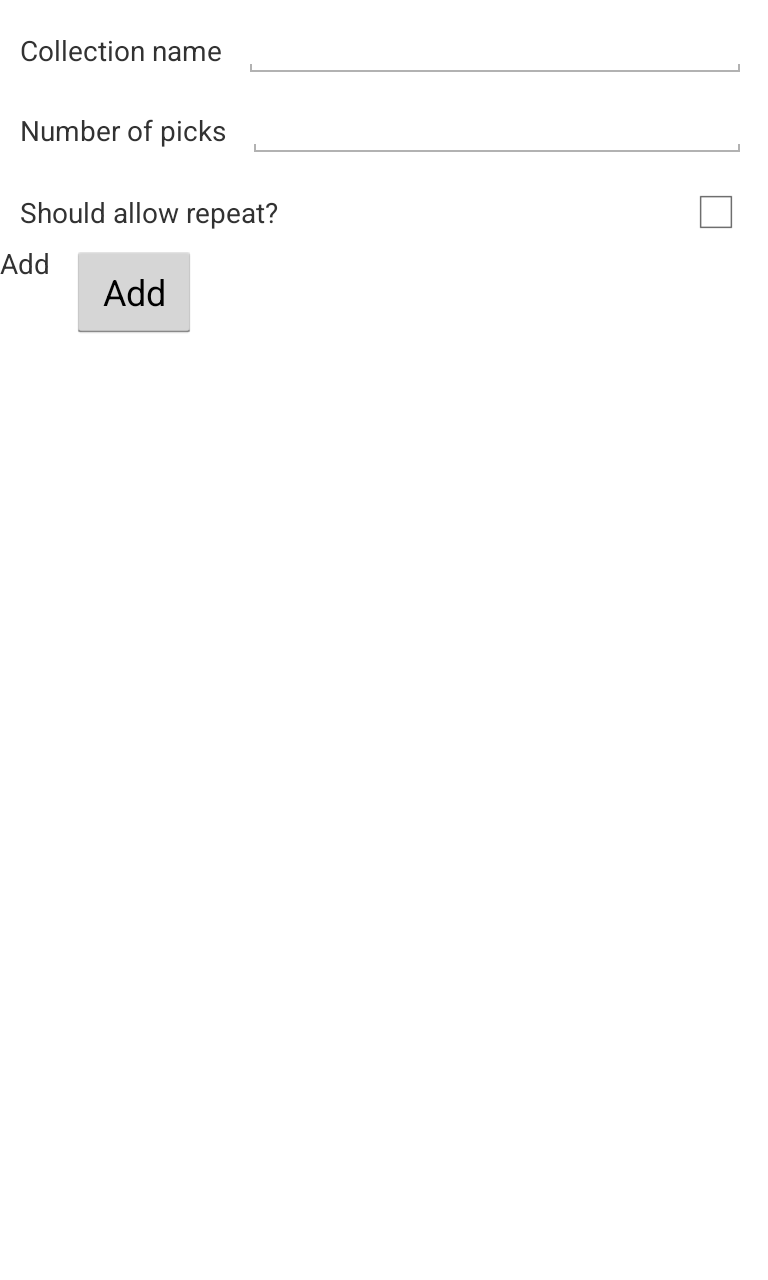
Repository: nqmtuan/RandomRandomizerAndroid
Layout: Workspace/RandomRandomizer/res/layout/create_edit_random_collection.xml
These files come from the project's save history. The layout is drawn as it stood at one moment and after the next save; the edit follows.
It is drawn on a 768 x 1280 px phone screen (xhdpi) without system bars, with theme AppTheme; the app's code is not run.

Above is the layout before, as saved 2013-07-30 14:56:11.

After the next save:
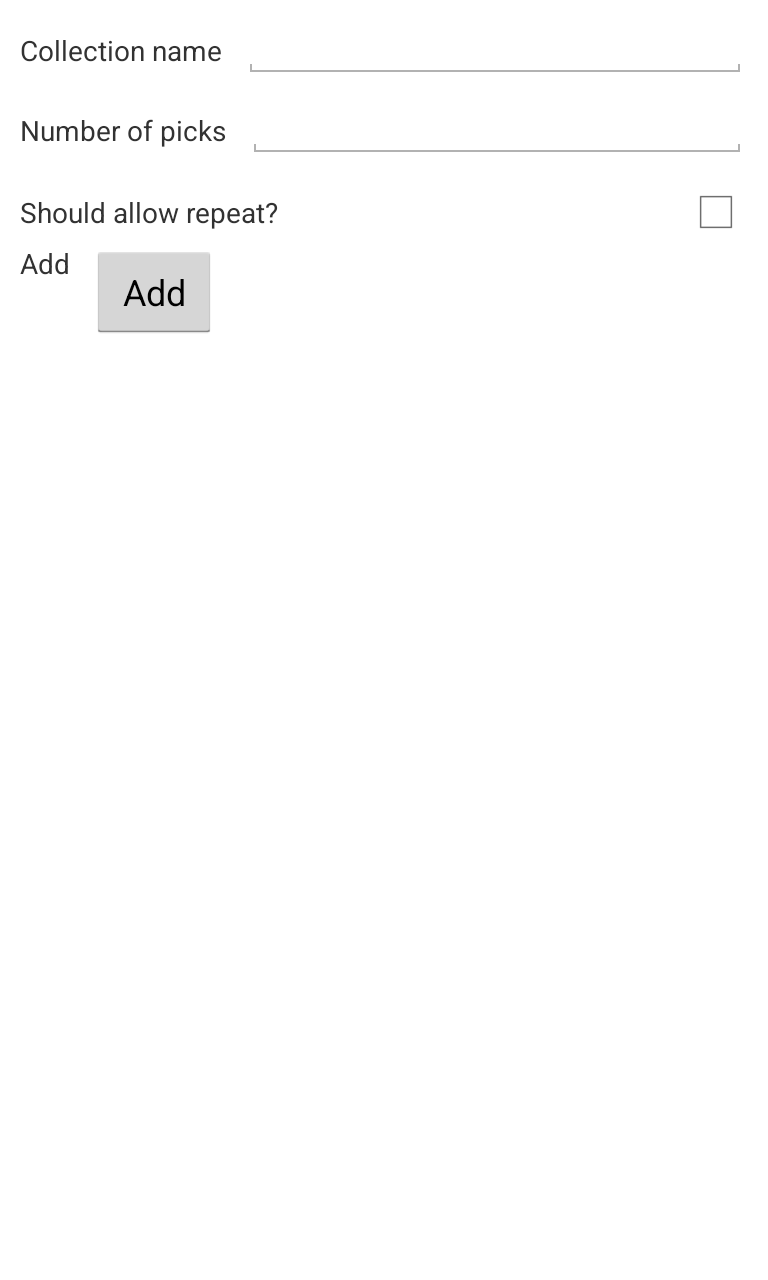
Saved 34 s later.
--- a/Workspace/RandomRandomizer/res/layout/create_edit_random_collection.xml
+++ b/Workspace/RandomRandomizer/res/layout/create_edit_random_collection.xml
@@ -11,13 +11,15 @@
         <RelativeLayout
             android:id="@+id/create_random_collection_main_container"
             android:layout_width="match_parent"
-            android:layout_height="wrap_content" >
+            android:layout_height="wrap_content"
+            android:layout_marginLeft="10dp"
+             >
 
             <RelativeLayout
                 android:id="@+id/create_random_collection_info_container"
                 android:layout_width="match_parent"
                 android:layout_height="wrap_content"
-                android:layout_marginLeft="10dp"
+
                 >
 
                 <RelativeLayout
